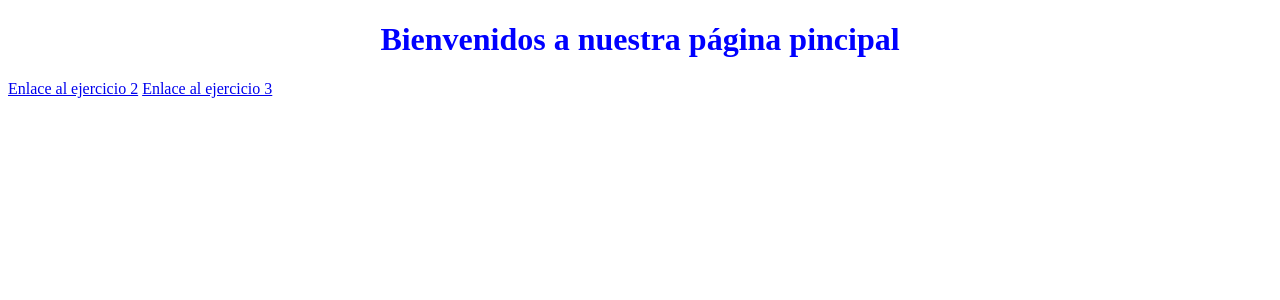
Repository: conmarred/Ejercicio4-Web
Page: Ejercicio4Web/src/main/webapp/index.html
The author's editor kept a copy of each file at every save. The page is drawn from the files as they stood at one save, then again after the next save.
The browser window is 1280 px wide. The pictures show the whole page.

Above is the page before, as saved 2022-03-09 12:13:11.

After the next save:
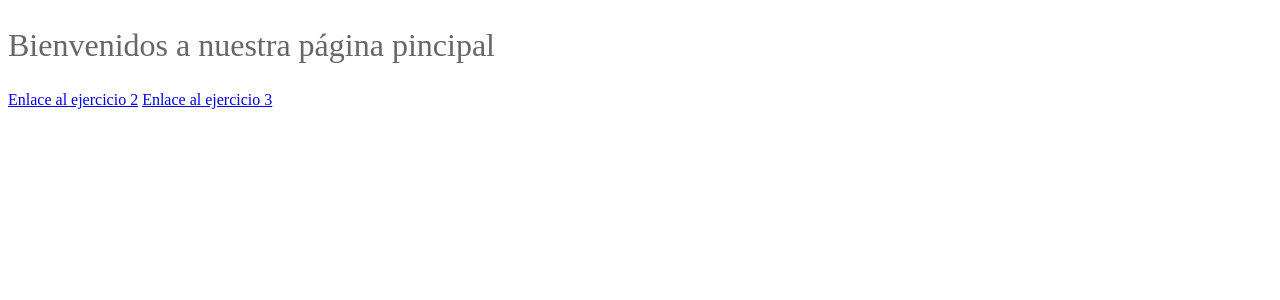
Saved 62 s later.
--- a/Ejercicio4Web/src/main/webapp/css/estilos.css
+++ b/Ejercicio4Web/src/main/webapp/css/estilos.css
@@ -1,4 +1,5 @@
-h1{
-	color: blue;
-	text-align: center;
+h1 {
+	font-weight: 300;
+	color: #666;
+	line-height: 1.5em;
 }
